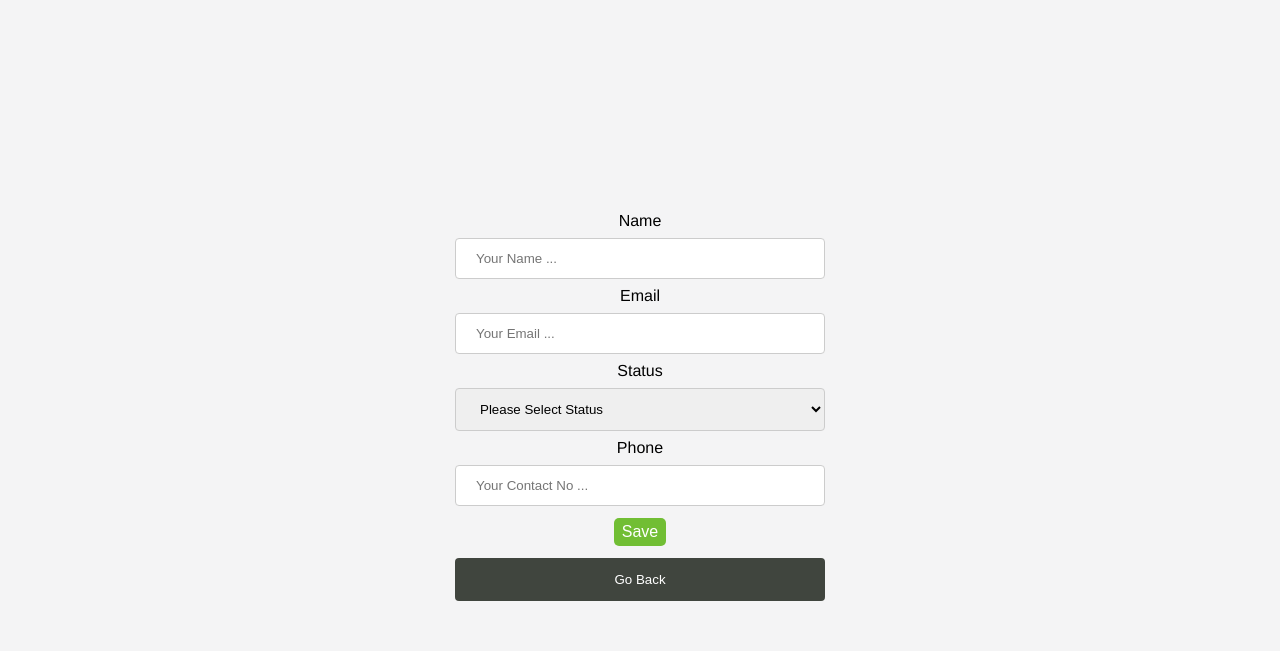
Repository: fdhhhdjd/Redux-Toolkit-CURD-Firebase
Page: /add
The author's editor kept a copy of each file at every save. The page is drawn from the files as they stood at one save, then again after the next save.
The browser window is 1280 px wide. The pictures show the whole page.
The project was rebuilt for these pictures with package versions that can differ from the ones it lists, and the page was loaded fresh each time. Also part of the build but not shown: src/Styles/Toasts.css, src/Component/Home.js, src/Styles/View.css, src/Component/View.js.

Above is the page before, as saved 2021-10-25 11:04:04.

### src/index.js
import React from "react";
import ReactDOM from "react-dom";
import "./index.css";
import App from "./App";
import store from "./Redux/Store";
import { Provider } from "react-redux";
import * as serviceWorker from "./serviceWorker";
import { ToastContextProvider } from "./ToastContext/ToastContext";

ReactDOM.render(
  <React.StrictMode>
    <Provider store={store}>
      <ToastContextProvider>
        <App />
      </ToastContextProvider>
    </Provider>
  </React.StrictMode>,
  document.getElementById("root")
);

// If you want your app to work offline and load faster, you can change
// unregister() to register() below. Note this comes with some pitfalls.
// Learn more about service workers: https://bit.ly/CRA-PWA
serviceWorker.unregister();

### src/App.js
import React from "react";
import "./App.css";
import { BrowserRouter, Switch, Route } from "react-router-dom";
import { ToastContainer } from "react-toastify";
import "react-toastify/dist/ReactToastify.css";
import { Home, View, AddEdit } from "./import/Index";
function App() {
  return (
    <>
      <BrowserRouter>
        <div className="App">
          <ToastContainer position="top-center" />
          <Switch>
            <Route exact path="/" component={Home} />
            <Route path="/add" component={AddEdit} />
            <Route path="/update/:id" component={AddEdit} />
            <Route path="/view/:id" component={View} />
          </Switch>
        </div>
      </BrowserRouter>
    </>
  );
}

export default App;

### src/Redux/Store.js
import { configureStore, createStore } from "@reduxjs/toolkit";
import logger from "redux-logger";
import thunk from "redux-thunk";
import { composeWithDevTools } from "redux-devtools-extension";
import ContactReducer from "./ContactSlice";
const middleware = [thunk];
if (process.env.NODE_ENV === "development") {
  middleware.push(logger);
}
const store = configureStore({
  reducer: {
    todos: ContactReducer,
    middleware: [logger],
  },
});

export default store;

### src/ToastContext/ToastContext.js
import React, { useState, createContext, useEffect, useRef } from "react";
export const ToastContext = createContext();
export const ToastContextProvider = ({ children }) => {
  const [list, setList] = useState([]);
  let toastProperties = null;
  const showToast = (type) => {
    switch (type) {
      case "success":
        toastProperties = {
          id: list.length + 1,
          title: "Success",
          icon: "fas fa-check-circle",
          description: "Add user Success 😊",
          backgroundColor: "toast--success",
        };
        break;
      case "danger":
        toastProperties = {
          id: list.length + 1,
          title: "Danger",
          description: "Thất bại",
          backgroundColor: "toast--error",
          button: "btn btn--danger",
          json: "fas fa-exclamation-triangle",
        };
        break;
      case "info":
        toastProperties = {
          id: list.length + 1,
          title: "Info",
          description: "Khá thành công",
          backgroundColor: "toast--info",
          json: "fas fa-info",
        };
        break;
      case "warning":
        toastProperties = {
          id: list.length + 1,
          title: "Warning",
          description: "Gần thất bại",
          backgroundColor: "toast--warning",
          json: "fas fa-radiation-alt",
        };
        break;
      default:
        toastProperties = [];
    }
    setList([...list, toastProperties]);
  };
  const data = { list, setList, showToast };

  return <ToastContext.Provider value={data}>{children}</ToastContext.Provider>;
};

### src/import/Index.js
export { default as Home } from "../Component/Home";
export { default as AddEdit } from "../Component/AddEdit";
export { default as View } from "../Component/View";

### src/Redux/ContactSlice.js
import { createSlice, createAsyncThunk } from "@reduxjs/toolkit";
import { v4 as uuidv4 } from "uuid";
import { nanoid } from "nanoid";
const initialState = {
  contacts: [
    {
      id: 1,
      name: "Nguyễn Tiến Tài",
      email: "nguyentientai10@gmai.com",
      phone: "0798805741",
      status: "Active",
    },
    {
      id: 2,
      name: "Nguyễn Hữu Quyền",
      email: "huuquyen2000@gmail.com",
      phone: "09658235656",
      status: "Inactive",
    },
    {
      id: 3,
      name: "Nguyễn Bảo Khang",
      email: "jbaokhangdesigner@gmail.com",
      phone: "0353263452",
      status: "Active",
    },
    {
      id: 4,
      name: "Bùi Huỳnh Quốc Trung	",
      email: "quoctrung@gmail.com",
      phone: "0348561815",
      status: "Inactive",
    },
    {
      id: 5,
      name: "Trần Phi Hoàng",
      email: "phihoang1@gmail.com",
      phone: "0936095986",
      status: "Active",
    },
  ],
  contact: {
    name: "",
    email: "",
    phone: "",
    status: "",
  },
  filter: "All",
};
const TodoSlice = createSlice({
  name: "todos",
  initialState,
  reducers: {
    getContact: (state, action) => {
      state.contact = state.contacts.find((item) => item.id == action.payload);
    },
    addContact: (state, action) => {
      const newData = { ...action.payload, id: uuidv4() };
      state.contacts = [...state.contacts, newData];
    },
    deleteContact: (state, action) => {
      state.contacts = state.contacts.filter(
        (item) => item.id !== action.payload
      );
    },
    updateContact: (state, action) => {
      state.contacts = state.contacts.map((item) =>
        item.id === action.payload.id ? action.payload : item
      );
    },
    setFilter: (state, action) => {
      state.filter = action.payload;
    },
  },
});
const ContactReducer = TodoSlice.reducer;
export const {
  addContact,
  deleteContact,
  getContact,
  updateContact,
  setFilter,
} = TodoSlice.actions;
export const GetTodo = (state) => state.todos;
export default ContactReducer;

### src/Component/AddEdit.js
import React, { useContext, useEffect, useState } from "react";
import {
  addContact,
  getContact,
  GetTodo,
  updateContact,
} from "../Redux/ContactSlice";
import "../Styles/AddEdit.css";
import { toast } from "react-toastify";
import { useDispatch, useSelector } from "react-redux";
import { Link, useHistory, useParams } from "react-router-dom";
import Button from "../Component/Button";
import { ToastContext } from "../ToastContext/ToastContext";
import Toasts from "./Toasts";
const initialState = {
  name: "",
  email: "",
  phone: "",
  status: "",
};
const AddEdit = () => {
  const [state, setState] = useState(initialState);
  const dispatch = useDispatch();
  const { showToast } = useContext(ToastContext);
  const history = useHistory();
  const { id } = useParams();
  const { name, email, phone, status } = state;
  const { contact } = useSelector(GetTodo);
  const handleSubmit = (e) => {
    e.preventDefault();
    if (!name || !email || !phone || !status) {
      toast.error("Please Enter Input !!!");
    } else {
      if (!id) {
        dispatch(addContact(state), showToast("success"));
      } else {
        dispatch(updateContact(state), toast.success("Edit user Success 👌 "));
      }
      setTimeout(() => {
        history.push("/");
      }, 500);
    }
  };
  const handleInputChange = (e) => {
    let { name, value } = e.target;
    setState({ ...state, [name]: value });
  };
  const handleDropdownChange = (e) => {
    const { name, value } = e.target;
    setState({ ...state, [name]: value });
  };
  useEffect(() => {
    dispatch(getContact(id));
    setState({ ...contact });
  }, [id, contact]);
  return (
    <>
      <Toasts />
      <div style={{ marginTop: "100px" }}>
        <form
          style={{
            margin: "auto",
            padding: "15px",
            maxWidth: "400px",
            alignContent: "center",
          }}
          onSubmit={handleSubmit}
        >
          <label htmlFor="name">Name</label>
          <input
            type="text"
            id="name"
            name="name"
            placeholder="Your Name ..."
            value={name || ""}
            onChange={handleInputChange}
          />
          <label htmlFor="email">Email</label>
          <input
            type="email"
            id="email"
            name="email"
            placeholder="Your Email ..."
            value={email || ""}
            onChange={handleInputChange}
          />
          <label htmlFor="status">Status</label>
          <select
            className="dropdown"
            name="status"
            onChange={handleDropdownChange}
          >
            <option>Please Select Status</option>
            <option value="Active" selected={status === "Active" ? status : ""}>
              Active
            </option>
            <option
              value="Inactive"
              selected={status === "Inactive" ? status : ""}
            >
              Inactive
            </option>
          </select>
          <label htmlFor="phone">Phone</label>
          <input
            type="text"
            id="phone"
            name="phone"
            placeholder="Your Contact No ..."
            value={phone || ""}
            onChange={handleInputChange}
          />
          <Button
            handleSubmit={handleSubmit}
            className="btn-success"
            btn=" btn btn--success"
          >
            Save
          </Button>
          <Link to="/">
            <input type="button" value="Go Back" />
          </Link>
        </form>
      </div>
    </>
  );
};

export default AddEdit;

### src/Styles/Home.css
.styled-table {
    border-collapse: collapse;
    margin: auto;
    font-size: 0.9em;
    font-family: sans-serif;
    max-width: 1000px;
    box-shadow: 0 0 20px rgba(0, 0, 0, 0.15);
  }

  .styled-table thead tr {
    background-color: #009879;
    color: #ffffff;
    text-align: left;
  }

  .styled-table th,
  .styled-table td {
    padding: 12px 15px;
  }

  .styled-table tbody tr {
    border-bottom: 1px solid #dddddd;
  }

  .styled-table tbody tr:nth-of-type(even) {
    background-color: #f3f3f3;
  }

  .styled-table tbody tr:last-of-type {
    border-bottom: 2px solid #009879;
  }

  .btn {
    border: none;
    color: white;
    padding: 5px 8px;
    text-align: center;
    text-decoration: none;
    display: inline-block;
    border-radius: 5px;
    font-size: 16px;
    margin: 4px 2px;
    cursor: pointer;
  }

  .btn-edit {
    background-color: #008cba;
  }

  .btn-delete {
    background-color: #f44336;
  }

  .btn-view {
    background-color: #e7e7e7;
    color: black;
  }

  .btn-contact {
    background-color: #e82764;
    margin-bottom: 10px;
  }


  .btn-active {
    background-color: #808c4a;
    color: #fff;
  }

  .btn-inactive {
    background-color: #445f61;
    color: #fff;
  }

  .btn-reset {
    background-color: darkolivegreen;
    color: #fff;
  }
  .btn-reload{
    background-color: chartreuse;
    color: white;
  }

### src/Component/Toasts.js
import React, { useContext, useState } from "react";
import Toast from "../Component/Toast";
import "../Styles/Toasts.css";

import { ToastContext } from "../ToastContext/ToastContext";
const Toasts = () => {
  const { list, setList, showToast } = useContext(ToastContext);
  return (
    <>
      <Toast list={list} setList={setList} />
    </>
  );
};

export default Toasts;

### src/Styles/AddEdit.css
input[type="text"],
input[type="email"],
input[type="number"],
select {
  width: 100%;
  padding: 12px 20px;
  margin: 8px 0;
  display: inline-block;
  border: 1px solid #ccc;
  border-radius: 4px;
  box-sizing: border-box;
}

input[type="submit"] {
  width: 100%;
  background-color: #4caf50;
  color: white;
  padding: 14px 20px;
  margin: 8px 0;
  border: none;
  border-radius: 4px;
  cursor: pointer;
}

input[type="button"] {
  width: 100%;
  background-color: #40453e;
  color: white;
  padding: 14px 20px;
  margin: 8px 0;
  border: none;
  border-radius: 4px;
  cursor: pointer;
}

input[type="submit"]:hover {
  background-color: #45a049;
}

.dropdown {
  width: 100%;
}

### src/Component/Button.js
import React from "react";
const Button = ({ btn, handleClick, children, handleSubmit }) => (
  <button className={btn} onClick={(handleClick, handleSubmit)}>
    {children}
  </button>
);

export default Button;

### src/Component/Toast.js
import React, { useCallback, useContext, useEffect } from "react";
import "../Styles/toast.css";
import { ToastContext } from "../ToastContext/ToastContext";
const Toast = () => {
  const { list, setList } = useContext(ToastContext);
  const deleteToast = useCallback(
    (id) => {
      const listItem = list.filter((e) => e.id !== id);
      setList(listItem);
    },
    [list, setList]
  );

  useEffect(() => {
    const interval = setInterval(() => {
      if (list.length) {
        deleteToast(list[0].id);
      }
    }, 150000);

    return () => {
      clearInterval(interval);
    };
  }, [list, deleteToast]);

  return (
    <>
      <div id="toast">
        {list.map((toast, i) => (
          <div key={i}>
            <div className={`toast ${toast.backgroundColor}`}>
              <div className="toast__icon">
                <i className={`${toast.icon}`}></i>
              </div>
              <div className="toast__body">
                <h3 className="toast__title ">{toast.title}</h3>
                <p className="toast__msg">{toast.description}</p>
              </div>
              <div className="toast__close">
                <i
                  className="fa fa-times"
                  onClick={() => deleteToast(toast.id)}
                ></i>
              </div>
            </div>
          </div>
        ))}
      </div>
    </>
  );
};

export default Toast;

### src/Styles/toast.css
 * {
  padding: 0;
  margin: 0;
  box-sizing: border-box;
}

body {
  height: 100vh;
  display: flex;
  flex-direction: column;
  font-family: "Helvetica Neue";
  background-color: #f4f4f5;
}

body > div {
  margin: auto;
}

.btn1 {
  display: inline-block;
  text-decoration: none;
  background-color: transparent;
  border: none;
  outline: none;
  color: #fff;
  padding: 12px 48px;
  border-radius: 50px;
  cursor: pointer;
  min-width: 120px;
  transition: opacity 0.2s ease;
}




.btn--size-l {
  padding: 16px 56px;
}

.btn--size-s {
  padding: 8px 32px;
}

.btn:hover {
  opacity: 0.8;
}

.btn + .btn {
  margin-left: 16px;
}

.btn--success {
  background-color: #71be34;
}

.btn--warn {
  background-color: #ffb702;
}
.btn--info {
  background-color: lightblue;
}

.btn--danger {
  background-color: #ff623d;
}

.btn--disabled {
  opacity: 0.5 !important;
  cursor: default;
}


#toast {
  position: fixed;
  top: 32px;
  right: 32px;
  z-index: 999999;
}


.toast {
  display: flex;
  align-items: center;
  background-color: #fff;
  border-radius: 2px;
  padding: 20px 0;
  min-width: 400px;
  max-width: 450px;
  border-left: 4px solid;
  box-shadow: 0 5px 8px rgba(0, 0, 0, 0.08);
  transition: all linear 0.3s;
  animation: slideInLeft ease .3s,fadeOut linear 1s 3s forwards;
}

@keyframes slideInLeft {
  from {
    opacity: 0;
    transform: translateX(calc(100% + 32px));
  }
  to {
    opacity: 1;
    transform: translateX(0);
  }
}

@keyframes fadeOut {
  to {
    opacity: 0;
  }
}

.toast--success {
  border-color: #47d864;
}

.toast--success .toast__icon {
  color: #47d864;
}

.toast--info {
  border-color: #2f86eb;
}

.toast--info .toast__icon {
  color: #2f86eb;
}

.toast--warning {
  border-color: #ffc021;
}

.toast--warning .toast__icon {
  color: #ffc021;
}

.toast--error {
  border-color: #ff623d;
}

.toast--error .toast__icon {
  color: #ff623d;
}

.toast + .toast {
  margin-top: 24px;
}

.toast__icon {
  font-size: 24px;
  width: 8rem;
  height:3rem;
}

.toast__icon,
.toast__close {
  padding: 0 16px;
}

.toast__body {
  flex-grow: 1;
}

.toast__title {
  font-size: 16px;
  font-weight: 600;
  color: #333;
}

.toast__msg {
  font-size: 14px;
  color: #888;
  margin-top: 6px;
  line-height: 1.5;
}

.toast__close {
  font-size: 20px;
  color: rgba(0, 0, 0, 0.3);
  cursor: pointer;
}
.fa{
  width: 4rem;
  height:3rem;
}

Loaded but not shown: public/index.html (common file); src/index.css (common file); src/serviceWorker.js (common file); src/App.css (common file)

After the next save:
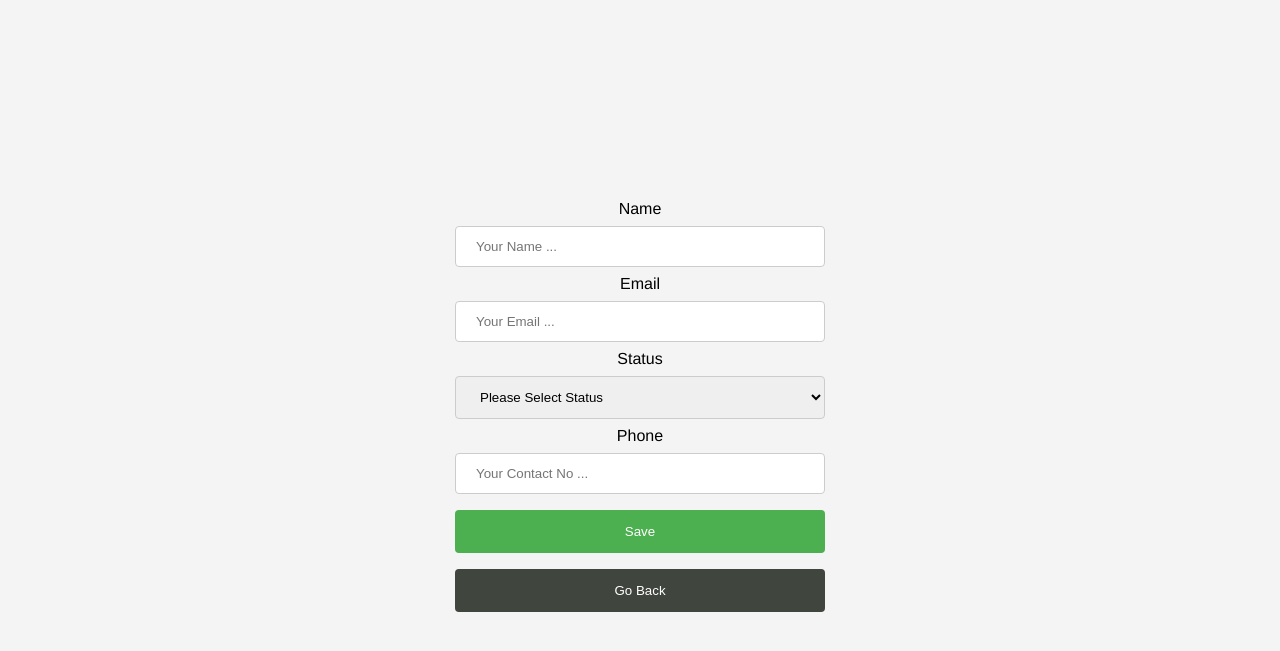
Saved 7 s later.
--- a/src/Component/AddEdit.js
+++ b/src/Component/AddEdit.js
@@ -1,4 +1,4 @@
-import React, { useContext, useEffect, useState } from "react";
+import React, { useEffect, useState } from "react";
 import {
   addContact,
   getContact,
@@ -9,9 +9,6 @@ import "../Styles/AddEdit.css";
 import { toast } from "react-toastify";
 import { useDispatch, useSelector } from "react-redux";
 import { Link, useHistory, useParams } from "react-router-dom";
-import Button from "../Component/Button";
-import { ToastContext } from "../ToastContext/ToastContext";
-import Toasts from "./Toasts";
 const initialState = {
   name: "",
   email: "",
@@ -21,7 +18,6 @@ const initialState = {
 const AddEdit = () => {
   const [state, setState] = useState(initialState);
   const dispatch = useDispatch();
-  const { showToast } = useContext(ToastContext);
   const history = useHistory();
   const { id } = useParams();
   const { name, email, phone, status } = state;
@@ -32,7 +28,7 @@ const AddEdit = () => {
       toast.error("Please Enter Input !!!");
     } else {
       if (!id) {
-        dispatch(addContact(state), showToast("success"));
+        dispatch(addContact(state), toast.success("Add user Success 😊"));
       } else {
         dispatch(updateContact(state), toast.success("Edit user Success 👌 "));
       }
@@ -55,7 +51,6 @@ const AddEdit = () => {
   }, [id, contact]);
   return (
     <>
-      <Toasts />
       <div style={{ marginTop: "100px" }}>
         <form
           style={{
@@ -110,13 +105,7 @@ const AddEdit = () => {
             value={phone || ""}
             onChange={handleInputChange}
           />
-          <Button
-            handleSubmit={handleSubmit}
-            className="btn-success"
-            btn=" btn btn--success"
-          >
-            Save
-          </Button>
+          <input type="submit" value="Save" />
           <Link to="/">
             <input type="button" value="Go Back" />
           </Link>
